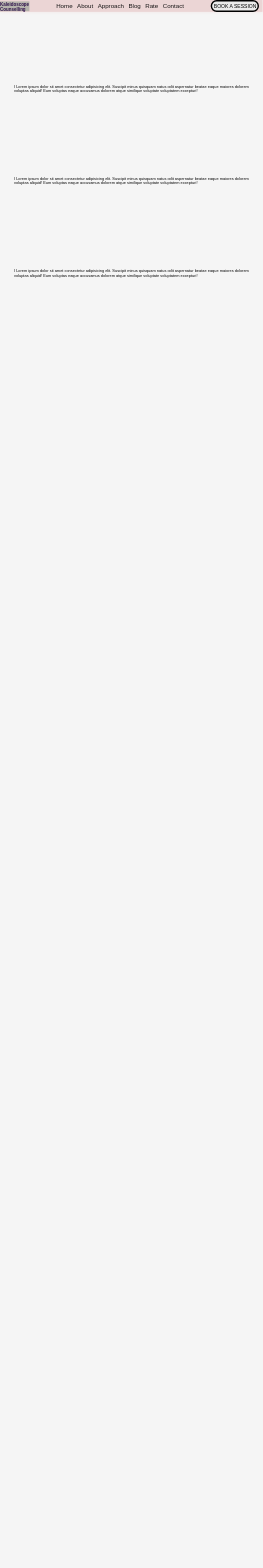
Repository: voutadi/ava-website
Page: index.html
The author's editor kept a copy of each file at every save. The page is drawn from the files as they stood at one save, then again after the next save.
The browser window is 375 px wide. The pictures show the part of the page from y = 0 to 2240 px (the page is 3120 px tall), at 70% of full size.

Above is the page before, as saved 2024-07-03 18:11:29.

After the next save:
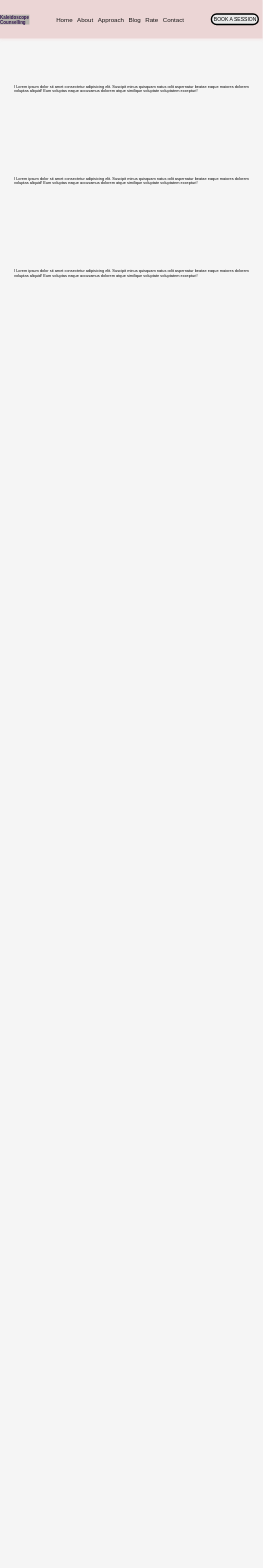
Saved 84 s later.
--- a/styles/style.css
+++ b/styles/style.css
@@ -95,7 +95,7 @@
   }
    /* Smaller font size */
   header{
-    max-height: fit-content;
+    max-height: ;
   }
   .logo-container{
     max-height: fit-content;
